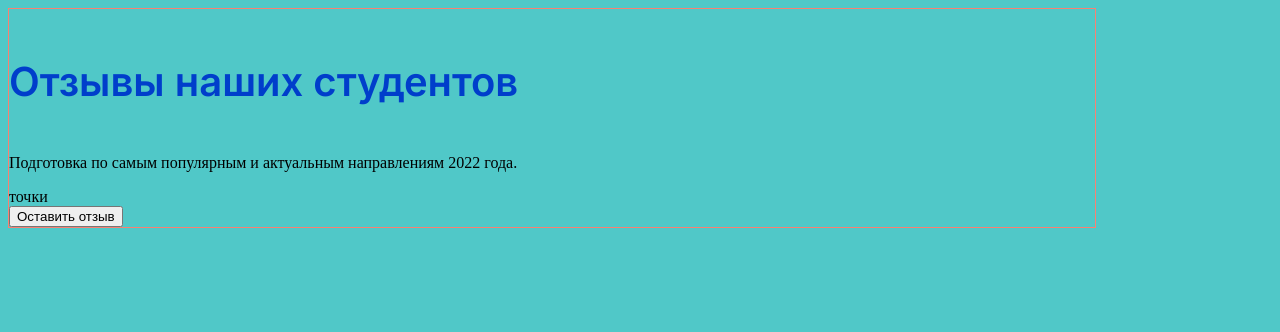
Repository: Malvuna/Studi
Page: index.html
These files come from the project's save history. The page is drawn as it stood at one moment and after a run of saves; the edit follows.
The browser window is 1280 px wide. The pictures show the whole page.

Above is the page before, as saved 2022-07-11 16:06:11.

After the next 4 saves:
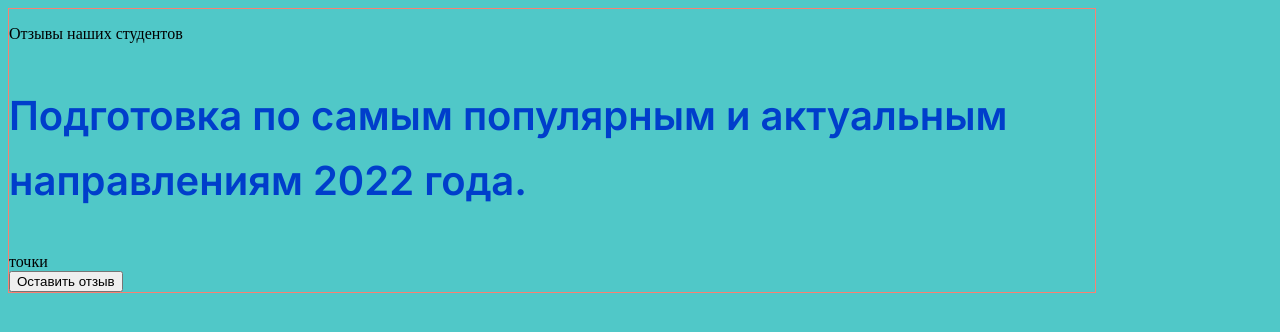
The 4 saves are shown as one change because they came seconds apart.
The last was saved 28 s later.
--- a/index.html
+++ b/index.html
@@ -16,8 +16,8 @@
     <main>
       <div id="container" class="container">
 
-      <p class="head">Отзывы наших студентов</p>
-      <p>Подготовка по самым популярным и актуальным направлениям 2022 года.</p>
+      <p class="h1">Отзывы наших студентов</p>
+      <p class="head">Подготовка по самым популярным и актуальным направлениям 2022 года.</p>
       <div></div>
       <div>точки</div>
       <button>Оставить отзыв</button>

After the 2 saves that followed:
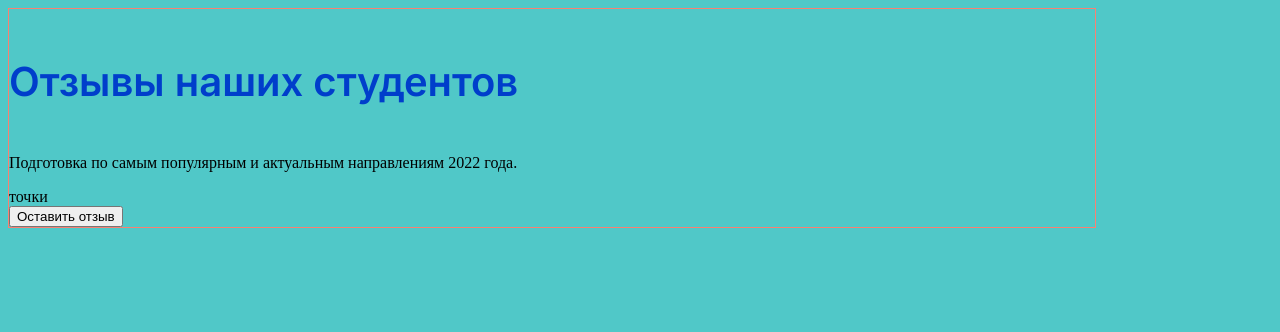
The 2 saves are shown as one change because they came seconds apart.
The last was saved 7 s later.
--- a/css/style.css
+++ b/css/style.css
@@ -9,12 +9,11 @@ body{
     text-align: left;
 }
 
-.head {
+.h1 {
     font-family: 'Inter';
 font-style: normal;
 font-weight: 600;
 font-size: 40px;
 line-height: 65px;
 color: #003ECB;
-
 }
